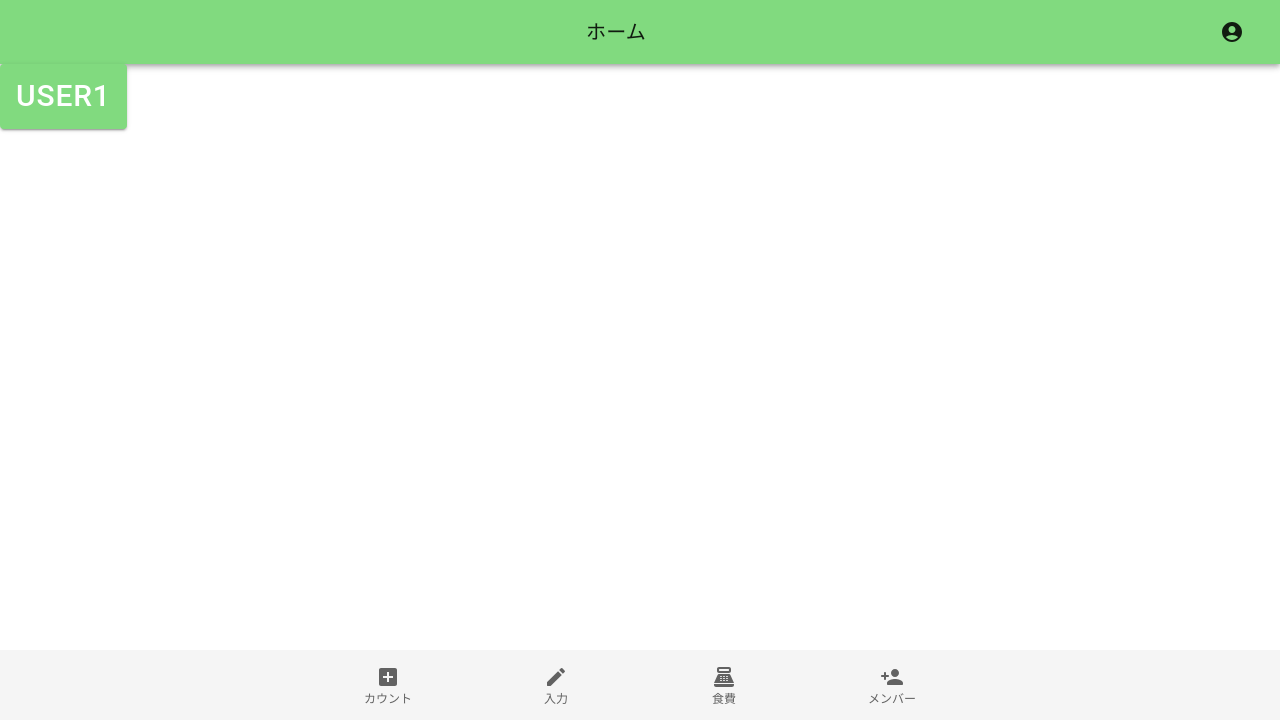
Repository: motohiro0410/motsufood
Page: /noteatingcount (app in frontend/)
The author's editor kept a copy of each file at every save. The page is drawn from the files as they stood at one save, then again after the next save.
The browser window is 1280 px wide. The pictures show the whole page.
The project was rebuilt for these pictures with package versions that can differ from the ones it lists, and the page was loaded fresh each time. Also part of the build but not shown: frontend/src/App.css, frontend/src/components/pages/Login.tsx, frontend/src/components/pages/Money.tsx, frontend/src/components/organisms/GroupHeader.tsx, frontend/src/components/pages/Group.tsx, frontend/src/components/organisms/SignInHeader.tsx, frontend/src/components/pages/SignIn.tsx, frontend/src/components/pages/Page404.tsx and 1 more.

Above is the page before, as saved 2022-08-11 16:00:18.

After the next save:
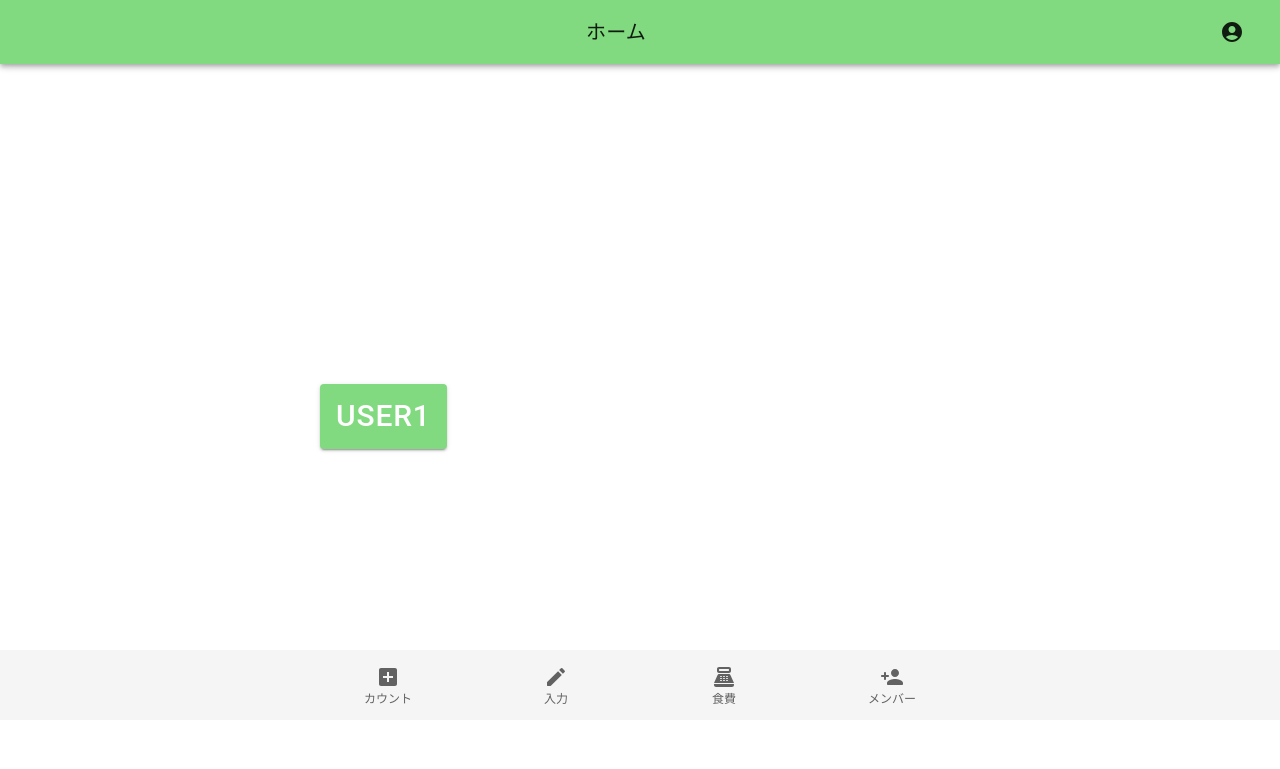
Saved 57 s later.
--- a/frontend/src/components/pages/notEatingCount.tsx
+++ b/frontend/src/components/pages/notEatingCount.tsx
@@ -17,7 +17,7 @@ export const NotEatingCount: FC = memo(() => {
   return (
     <>
       <MainHeader title={contexts[0].title} handleOpen={handleOpen} />
-        <ButtonBase sx={{ gap: 10 }}>
+        <ButtonBase sx={{ margin: 40 }}>
           <Button variant="contained" sx={{ bgcolor: '#81da7f', color: "white", fontSize: '30px'  }}>user1</Button>
         </ButtonBase>
       <Footer />
